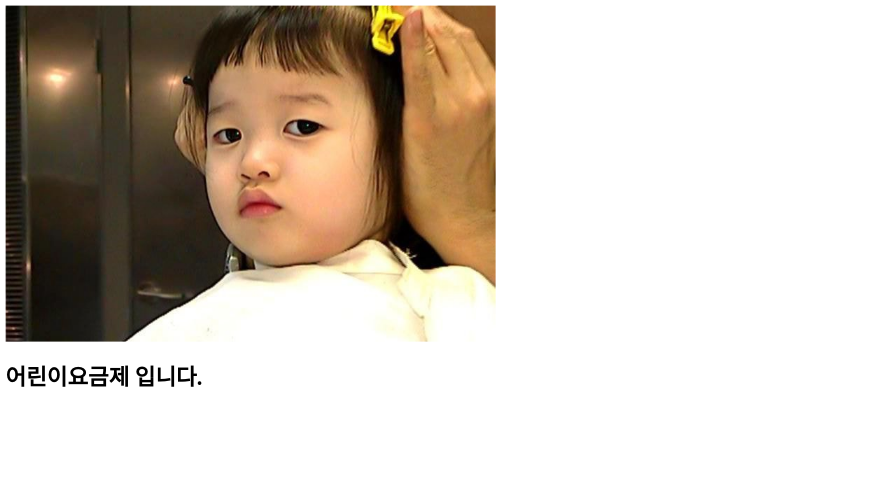
Repository: JongMin22/jsp.practice
Page: http://localhost/JSPBasic/JspObject/4.objecttest/bus_child.jsp
The author's editor kept a copy of each file at every save. The page is drawn from the files as they stood at one save, then again after the next save.
The browser window is 1280 px wide. The pictures show the whole page, at 70% of full size.
The page is served by Tomcat 9.

Above is the page before, as saved 2022-02-07 05:24:38.

After the next save:
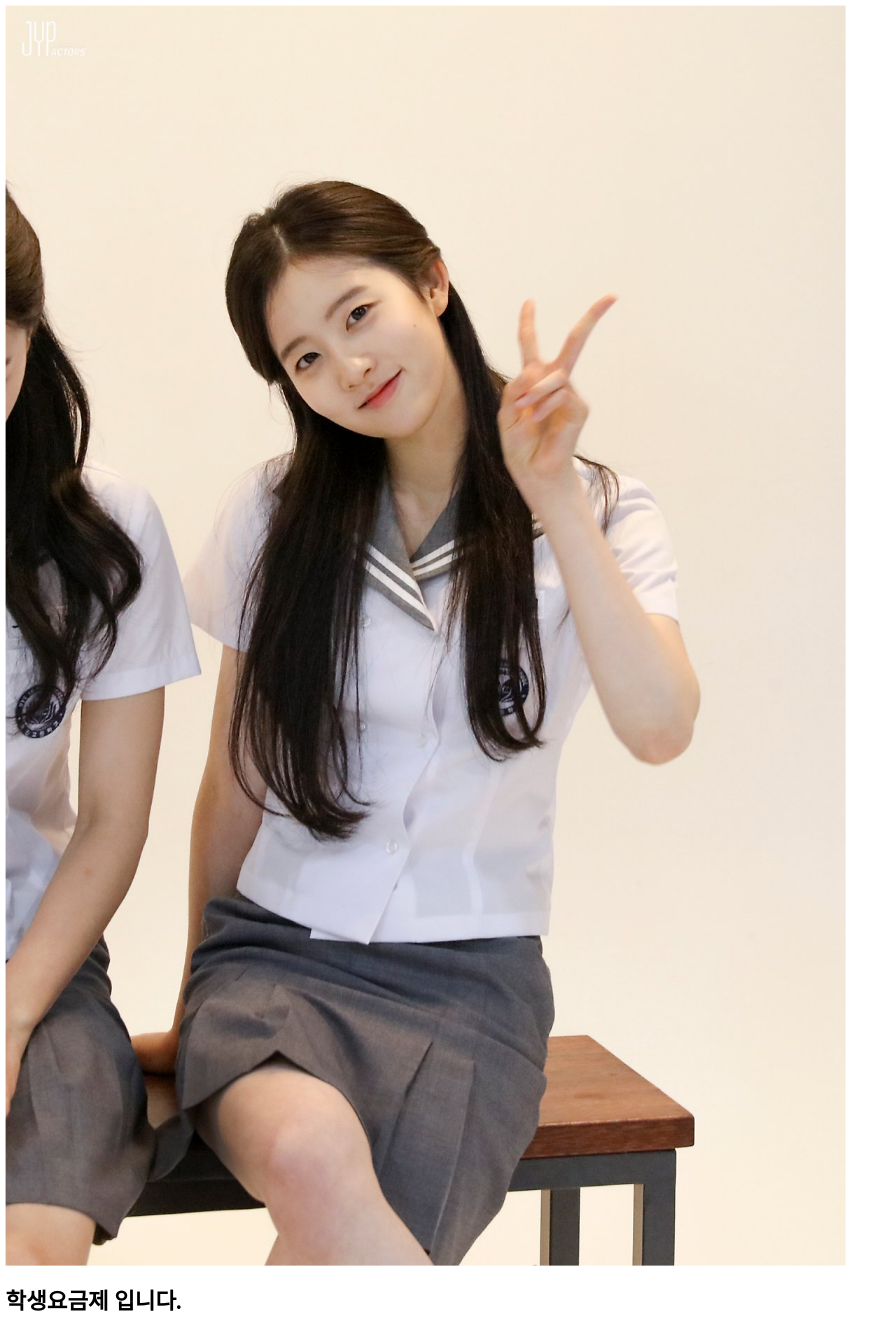
Saved 2 min 53 s later.
--- a/JSPBasic/src/main/webapp/JspObject/4.objecttest/bus_child.jsp
+++ b/JSPBasic/src/main/webapp/JspObject/4.objecttest/bus_child.jsp
@@ -7,8 +7,8 @@
 <title>Insert title here</title>
 </head>
 <body>
-<img src="reporsitory/어린이.jpg">
-<h1>어린이요금제 입니다.</h1>
+<img src="reporsitory/학생.jpg">
+<h1>학생요금제 입니다.</h1>
 
 </body>
 </html>
